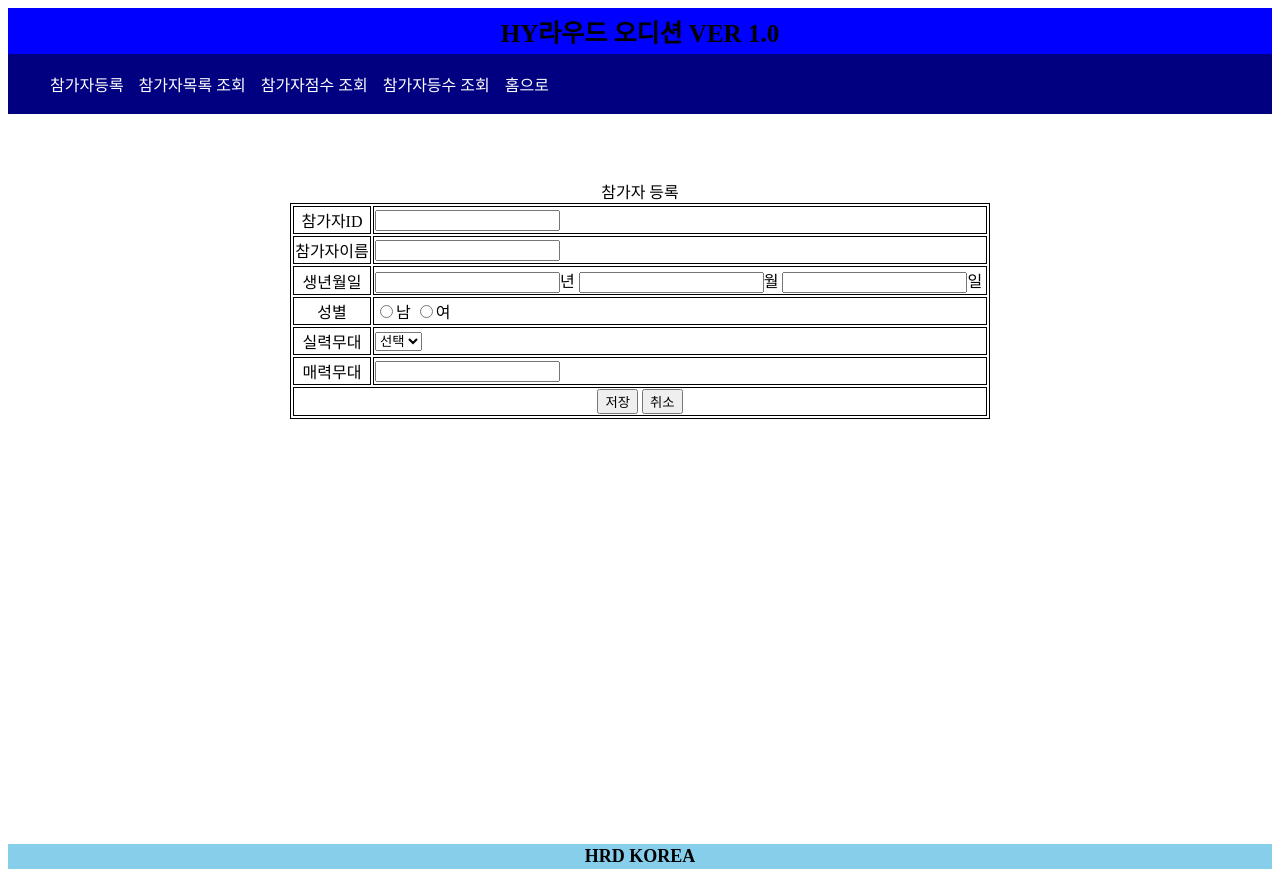
Repository: hoger96/java
Page: http://localhost/Audition/reg.go
These files come from the project's save history. The page is drawn as it stood at one moment and after the next save; the edit follows.
The browser window is 1280 px wide. The pictures show the whole page.
The page is served by Tomcat 9. Other server files are loaded and not shown.

Above is the page before, as saved 2023-02-05 15:14:57.

### Audition/src/main/webapp/WEB-INF/views/reg.jsp
<%@ page language="java" contentType="text/html; charset=UTF-8"
    pageEncoding="UTF-8"%>
<!DOCTYPE html>
<html>
<head>
<meta charset="UTF-8">
<title>Insert title here</title>
<%
	String path = request.getContextPath();
%>
<link href="<%=path %>/css/index.css" rel="stylesheet">
<link href="<%=path %>/css/reg.css" rel="stylesheet">
</head>
<body>
<header>HY라우드 오디션 VER 1.0</header>
<nav>
	<ol>
		<li><a href="<%=path%>/reg.go">참가자등록</a></li>
		<li><a href="<%=path%>/list.go">참가자목록 조회</a></li>
		<li><a href="<%=path%>/score.go">참가자점수 조회</a></li>
		<li><a href="<%=path%>/rank.go">참가자등수 조회</a></li>
		<li><a href="index.jsp">홈으로</a></li>
	</ol>
</nav>
<section>
<form name="frm" action="/reg" method="post">
	<table>
		<caption>참가자 등록</caption>
		<tr>
			<td class="main">참가자ID</td>
			<td><input type="text" name="join_id"></td>
		</tr>
		<tr>
			<td class="main">참가자이름</td>
			<td><input type="text" name="join_nm"></td>
		</tr>
		<tr>
			<td class="main">생년월일</td>
			<td>
				<input type="text" class="bb" name="birth_y">년
				<input type="text" class="bb" name="birth_m">월
				<input type="text" class="bb" name="birth_d">일
			</td>
		</tr>
		<tr>
			<td class="main">성별</td>
			<td>
				<input type="radio" name="gender" value="M">남
				<input type="radio" name="gender" value="F">여
			</td>
		</tr>
		<tr>
			<td class="main">실력무대</td>
			<td>
				<select name="specialty">
					<option value="">선택</option>
					<option value="V">보컬</option>
					<option value="D">댄스</option>
					<option value="R">랩</option>
				</select>
			</td>
		</tr>
		<tr>
			<td class="main">매력무대</td>
			<td><input type="text" name="charm"></td>
		</tr>
		<tr>
			<td colspan="2" class="main">
				<button>저장</button>
				<button>취소</button>
			</td>
		</tr>
	</table>
</form>
</section>
<footer>HRD KOREA</footer>
</body>
</html>

### Audition/src/main/java/controller/RegServlet.java
package controller;

import java.io.IOException;

import javax.servlet.ServletException;
import javax.servlet.annotation.WebServlet;
import javax.servlet.http.HttpServlet;
import javax.servlet.http.HttpServletRequest;
import javax.servlet.http.HttpServletResponse;

import model.AuditionDao;
import model.AuditionService;
import model.PersonDto;

@WebServlet("/reg.go")
public class RegServlet extends HttpServlet{

	@Override
	protected void doGet(HttpServletRequest request, HttpServletResponse response) throws ServletException, IOException {

		AuditionDao dao = new AuditionDao();
		AuditionService s = new AuditionService(dao);

		request.getRequestDispatcher("WEB-INF/views/reg.jsp").forward(request, response);
	}

	@Override
	protected void doPost(HttpServletRequest request, HttpServletResponse response) throws ServletException, IOException {

		request.setCharacterEncoding("UTF-8");

		String join_id = request.getParameter("join_id");
		String join_nm = request.getParameter("join_nm");
		String birth_y = request.getParameter("birth_y");
		String birth_m = request.getParameter("birth_m");
		String birth_d = request.getParameter("birth_d");
		String gender = request.getParameter("gender");
		String specialty = request.getParameter("specialty");
		String charm = request.getParameter("charm");

		AuditionDao dao = new AuditionDao();
		AuditionService s = new AuditionService(dao);

		PersonDto dto = new PersonDto(join_id, join_nm, birth_y+birth_m+birth_d, gender, specialty, charm);
		s.insert(dto);

		response.sendRedirect("index.jsp");
	}
}

### Audition/src/main/java/model/AuditionDao.java
package model;

import java.sql.Connection;
import java.sql.DriverManager;
import java.sql.PreparedStatement;
import java.sql.SQLException;

public class AuditionDao {

	String driver = "oracle.jdbc.driver.OracleDriver";
	String url = "jdbc:oracle:thin:@localhost:1521:xe";
	String user = "system";
	String password = "1234";

	Connection con = null;

	private void dbCon() {
		try {
			Class.forName(driver);
			con = DriverManager.getConnection(url, user, password);

			if(con != null) {
				System.out.print("연결성공");
			}
		} catch (SQLException | ClassNotFoundException e) {
			// TODO Auto-generated catch block
			e.printStackTrace();
		}
	}

	public void insert(PersonDto dto) {
		dbCon();
		String sql = " insert into tbl_join values(?,?,?,?,?,?) ";

		try {
			PreparedStatement pst = con.prepareStatement(sql);

			pst.setString(1, dto.getJoin_id());
			pst.setString(2, dto.getJoin_nm());
			pst.setString(3, dto.getBirth());
			pst.setString(4, dto.getGender());
			pst.setString(5, dto.getSpecialty());
			pst.setString(6, dto.getCharm());

			pst.executeUpdate();

			pst.close();
			con.close();

		} catch (SQLException e) {
			// TODO Auto-generated catch block
			e.printStackTrace();
		}
	}
}

### Audition/src/main/java/model/AuditionService.java
package model;

public class AuditionService {

	AuditionDao dao;

	public AuditionService() {
		// TODO Auto-generated constructor stub
	}

	public AuditionService(AuditionDao dao) {
		super();
		this.dao = dao;
	}

	public void insert(PersonDto dto) {
		dao.insert(dto);
	}
}

### Audition/src/main/webapp/css/index.css
@charset "UTF-8";
header{
	padding:5px;
	text-align:center;
	color:black;
	background-color:blue;
	font-size:25px;
	font-weight:bold;
}
nav{
	padding:2px;
	background-color:navy;
}
nav ol{
	display:flex;
	list-style: none;
}
nav li{
	margin-right:15px;
}
a{
	text-decoration: none;
	color:white;
}
section{
	height:700px;
	padding:15px;
}
footer{
	padding:2px;
	background-color: skyblue;
	text-align:center;
	font-size:18px;
	font-weight: bold;
}

### Audition/src/main/webapp/css/reg.css
@charset "UTF-8";
table{
	width:700px;
	margin:50px auto;
	border:1px solid black;
}
td{
	border:1px solid black;
	height:20px;
}
.main{
	text-align:center;
}

After the next save:
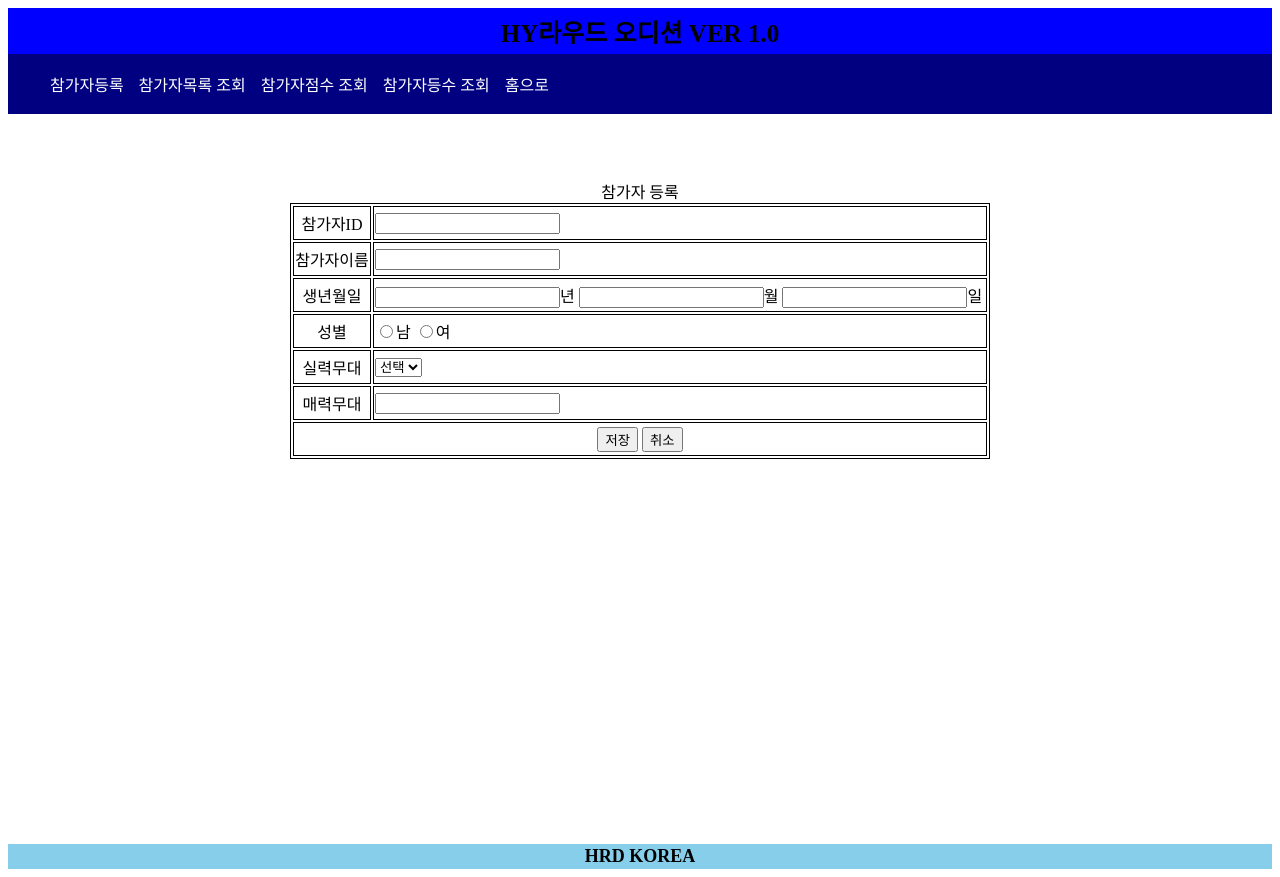
Saved 8 s later.
--- a/Audition/src/main/webapp/css/reg.css
+++ b/Audition/src/main/webapp/css/reg.css
@@ -6,7 +6,7 @@ table{
 }
 td{
 	border:1px solid black;
-	height:20px;
+	height:30px;
 }
 .main{
 	text-align:center;
